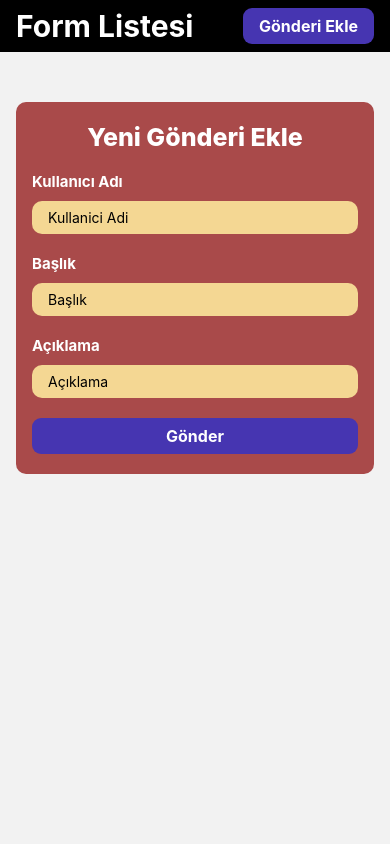
Repository: Kubraaygun/FirebaseRN
Screen: /
An editor plug-in stored every save of this project. The screen is shown before and after the next save, followed by the edit.
The app was drawn by React Native's web renderer in a window 390 px wide. The project was rebuilt for these pictures with package versions that can differ from the ones it lists, and the page was loaded fresh each time. Also part of the build but not shown: src/screens/ListPost/ListPostView.jsx, src/screens/ListPost/ListPostController.jsx.

Above is the screen before, as saved 2025-01-20 20:55:09.

### App.js
import {SafeAreaView, StyleSheet, Text, View} from 'react-native';
import React, {useState} from 'react';
import {createNativeStackNavigator} from '@react-navigation/native-stack';
import {NavigationContainer} from '@react-navigation/native';
import ListPostController from './src/screens/ListPost/ListPostController';
import AddPostController from './src/screens/AddPost/AddPostController';
import AppBar from './src/screens/component/AppBar';

const App = () => {
  const [activePage, setActivePage] = useState('Gönderiler');
  const Stack = createNativeStackNavigator();
  return (
    <SafeAreaView style={{flex: 1}}>
      <NavigationContainer>
        <AppBar activePage={activePage} setActivePage={setActivePage} />
        <Stack.Navigator
          screenOptions={{headerShown: false}}
          initialRouteName="AddPost">
          <Stack.Screen name="ListPost" component={ListPostController} />
          <Stack.Screen name="AddPost" component={AddPostController} />
        </Stack.Navigator>
      </NavigationContainer>
    </SafeAreaView>
  );
};

export default App;

const styles = StyleSheet.create({});

### src/screens/AddPost/AddPostController.jsx
import {StyleSheet, Text, View} from 'react-native';
import React from 'react';
import AddPostView from './AddPostView';

const AddPostController = () => {
  return <AddPostView />;
};

export default AddPostController;

const styles = StyleSheet.create({});

### src/screens/component/AppBar.jsx
import {StyleSheet, Text, View} from 'react-native';
import React from 'react';
import CustomButton from './CustomButton';
import {useNavigation} from '@react-navigation/native';

const AppBar = ({activePage, setActivePage}) => {
  const navigation = useNavigation();
  return (
    <View style={styles.container}>
      <Text style={styles.title}>Form Listesi</Text>
      {activePage === 'Gönderiler' ? (
        <CustomButton
          buttonTitle={'Gönderi Ekle'}
          onPress={() => {
            setActivePage('Gönderi Ekle');
            navigation.navigate('AddPost');
          }}
        />
      ) : (
        <CustomButton
          buttonTitle={'Gönderi Listesi'}
          onPress={() => {
            setActivePage('Gönderiler');
            navigation.navigate('ListPost');
          }}
        />
      )}
    </View>
  );
};

export default AppBar;

const styles = StyleSheet.create({
  container: {
    backgroundColor: '#000000',
    flexDirection: 'row',
    justifyContent: 'space-between',
    paddingHorizontal: 16,
    paddingVertical: 8,
    alignItems: 'center',
  },
  title: {
    color: 'white',
    fontSize: 30,
    fontWeight: '700',
  },
});

### src/screens/AddPost/AddPostView.jsx
import {StyleSheet, Text, TextInput, View} from 'react-native';
import React from 'react';
import CustomButton from '../component/CustomButton';

const AddPostView = () => {
  return (
    <View style={styles.form}>
      <Text style={styles.formTitle}>Yeni Gönderi Ekle</Text>
      <View style={styles.inputGroup}>
        <Text style={styles.label}>Kullanıcı Adı</Text>
        <TextInput
          style={styles.input}
          placeholder="Kullanici Adi"
          placeholderTextColor={'black'}
        />
      </View>

      <View style={styles.inputGroup}>
        <Text style={styles.label}>Başlık</Text>
        <TextInput
          style={styles.input}
          placeholder="Başlık"
          placeholderTextColor={'black'}
        />
      </View>

      <View style={styles.inputGroup}>
        <Text style={styles.label}>Açıklama</Text>
        <TextInput
          style={styles.input}
          placeholder="Açıklama"
          placeholderTextColor={'black'}
        />
      </View>

      <CustomButton buttonTitle={'Gönder'} />
    </View>
  );
};

export default AddPostView;

const styles = StyleSheet.create({
  form: {
    backgroundColor: '#A94A4A',
    marginVertical: 50,
    marginHorizontal: 16,
    paddingHorizontal: 16,
    paddingVertical: 20,
    borderRadius: 10,
    gap: 20,
  },
  inputGroup: {
    gap: 10,
  },
  formTitle: {
    color: '#FFFFFF',
    textAlign: 'center',
    fontSize: 25,
    fontWeight: '800',
  },
  label: {
    color: '#FFFFFF',
    fontSize: 15,
    fontWeight: '700',
  },
  input: {
    backgroundColor: '#F4D793',
    paddingHorizontal: 16,
    paddingVertical: 8,
    borderRadius: 10,
  },
});

### src/screens/component/CustomButton.jsx
import {StyleSheet, Text, TouchableOpacity, View} from 'react-native';
import React from 'react';

const CustomButton = ({buttonTitle, onPress}) => {
  return (
    <TouchableOpacity onPress={onPress} style={styles.buttonContainer}>
      <Text style={styles.buttonTitle}>{buttonTitle}</Text>
    </TouchableOpacity>
  );
};

export default CustomButton;

const styles = StyleSheet.create({
  buttonContainer: {
    backgroundColor: '#4635B1',
    paddingHorizontal: 16,
    paddingVertical: 8,
    borderRadius: 9,
    alignItems: 'center',
    justifyContent: 'center',
  },
  buttonTitle: {
    color: '#ffffff',
    fontSize: 16,
    fontWeight: '700',
  },
});

After the next save:
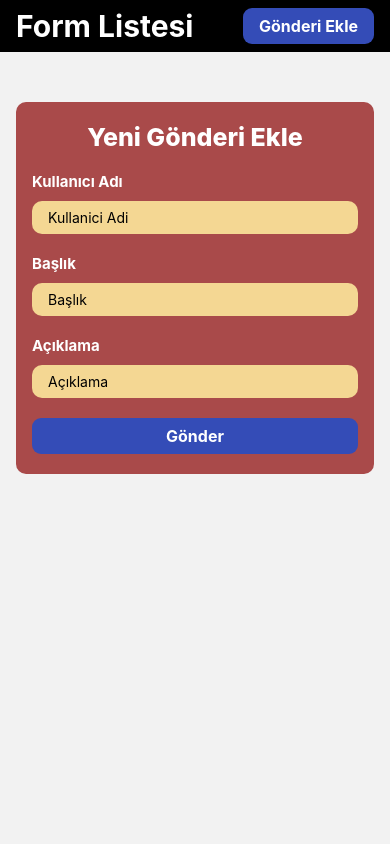
Saved 11 s later.
--- a/src/screens/component/CustomButton.jsx
+++ b/src/screens/component/CustomButton.jsx
@@ -13,7 +13,7 @@ export default CustomButton;
 
 const styles = StyleSheet.create({
   buttonContainer: {
-    backgroundColor: '#4635B1',
+    backgroundColor: '#344CB7',
     paddingHorizontal: 16,
     paddingVertical: 8,
     borderRadius: 9,
